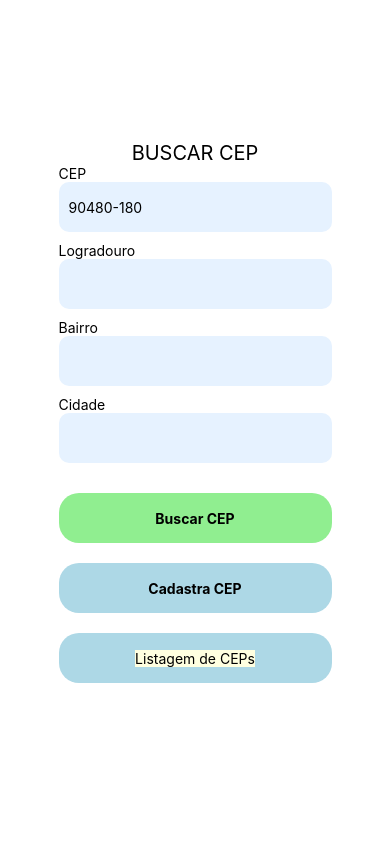
Repository: GustavoMSevero/registerCep
Screen: /
The author's editor kept a copy of each file at every save. The screen is drawn from the files as they stood at one save, then again after the next save.
The app was drawn by React Native's web renderer in a window 390 px wide. The project was rebuilt for these pictures with package versions that can differ from the ones it lists, and the page was loaded fresh each time.

Above is the screen before, as saved 2024-09-19 16:49:59.

After the next save:
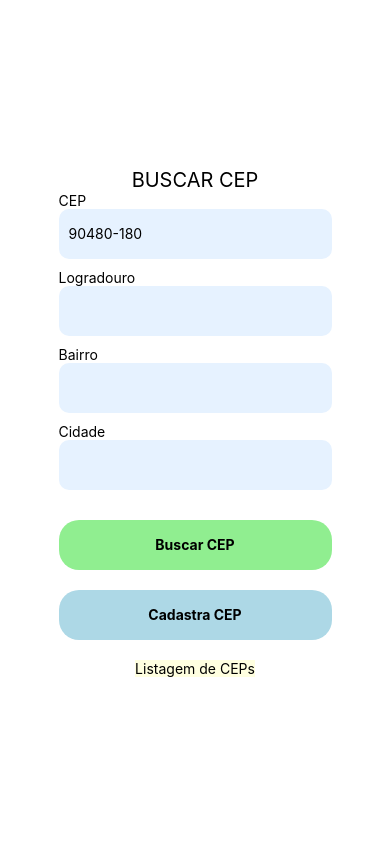
Saved 62 s later.
--- a/App.js
+++ b/App.js
@@ -103,7 +103,7 @@ export default function App() {
           <Text style={styles.textButtonCadastra}>Cadastra CEP</Text>
         </TouchableOpacity>
         <TouchableOpacity
-          style={styles.buttonCadastra}
+          style={styles.buttonListagem}
           onPress={registerCep}
         >
           <Text style={styles.textButtonListagem}>Listagem de CEPs</Text>
@@ -159,7 +159,10 @@ const styles = StyleSheet.create({
   textButtonCadastra: {
     fontWeight: "bold",
   },
+  buttonListagem: {
+     backgroundColor: "lightyellow"
+  },
   textButtonListagem: {
-    backgroundColor: "lightyellow"
+
   }
 });
